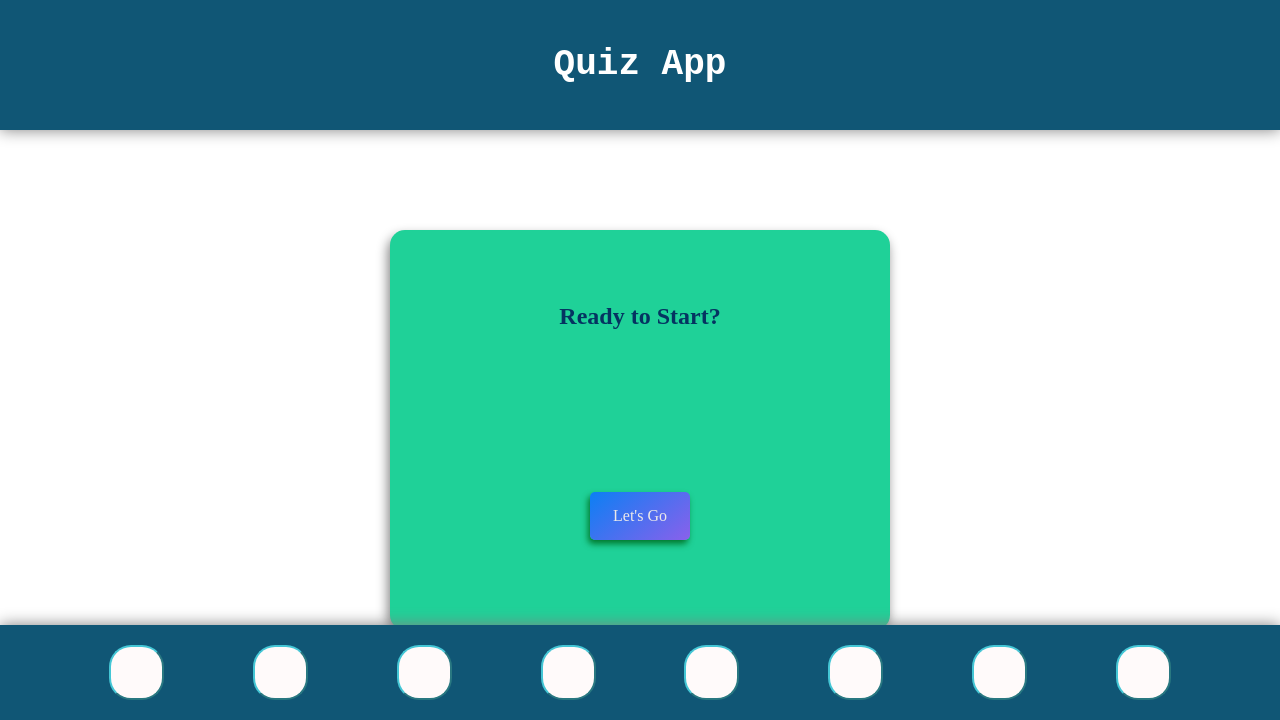
Repository: tpic12/quiz_app
Page: index.html
The author's editor kept a copy of each file at every save. The page is drawn from the files as they stood at one save, then again after the next save.
The browser window is 1280 px wide. The pictures show the whole page.

Above is the page before, as saved 2019-12-14 05:04:34.

After the next save:
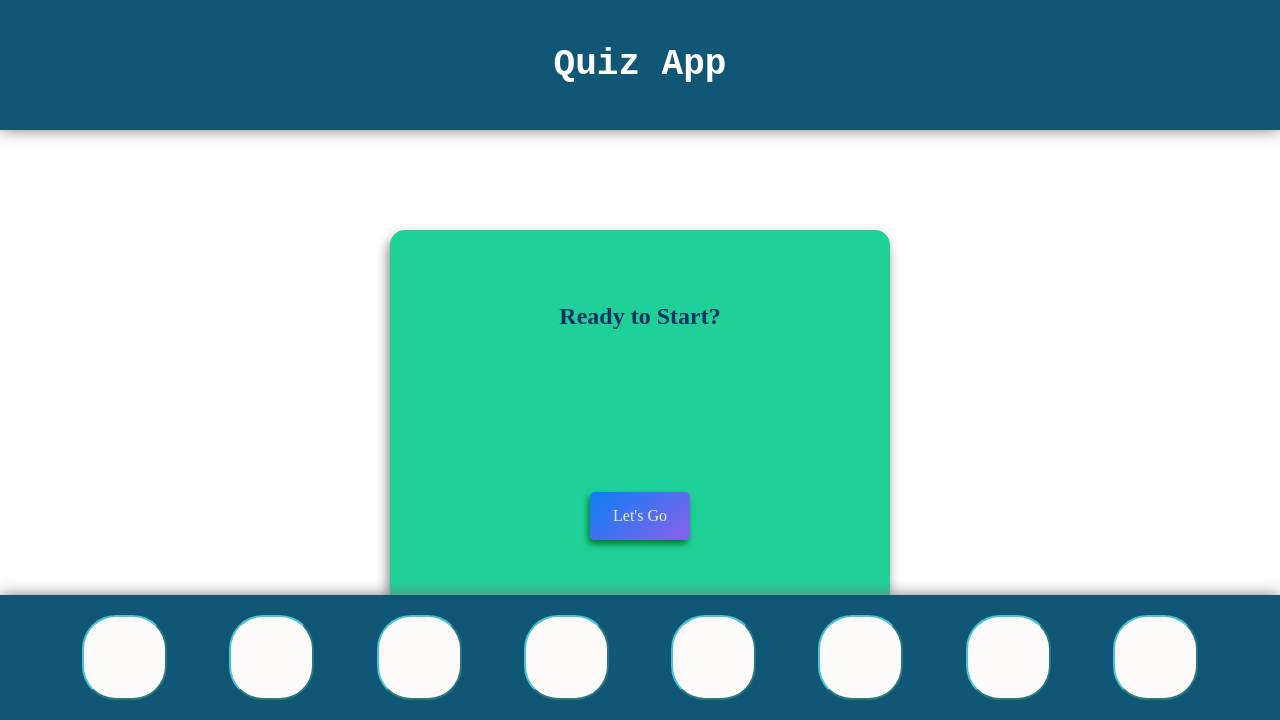
Saved 10 s later.
--- a/app.css
+++ b/app.css
@@ -105,8 +105,8 @@ footer {
   border: 2px outset hsl(186, 63%, 55%);
   border-radius: 40%;
   flex-direction: row;
-  width: 55px;
-  height: 55px;
+  width: 85px;
+  height: 85px;
   background-color: hsl(0, 100%, 99%);
 }
 
